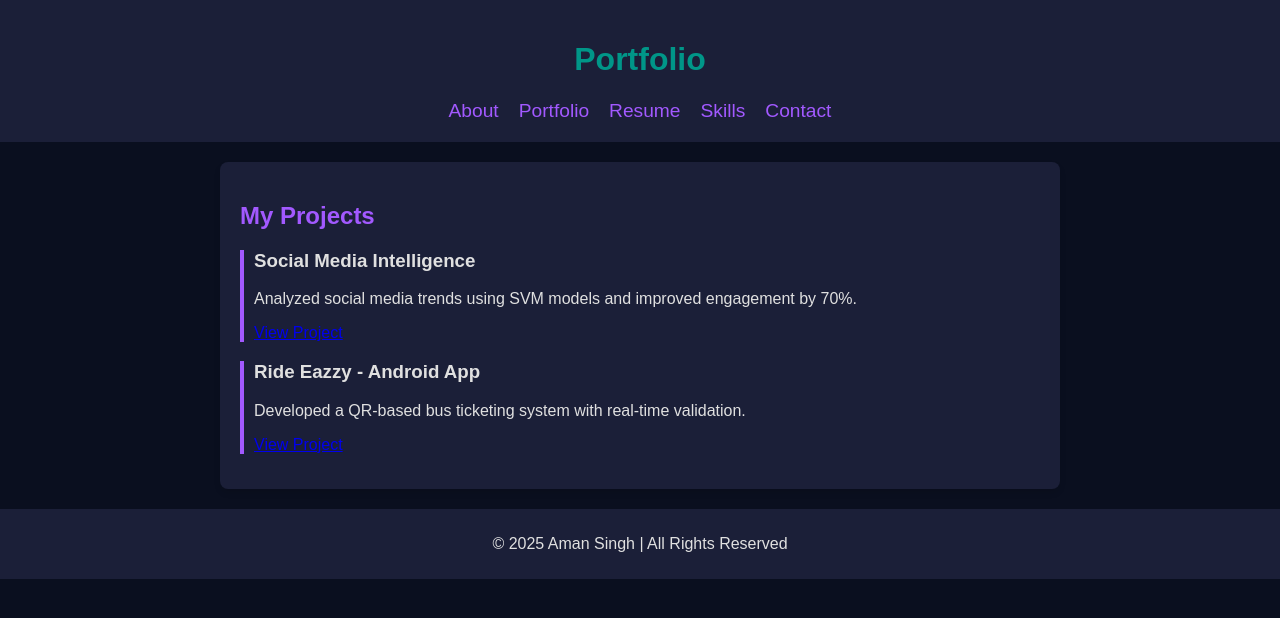
Repository: aman3singh/portfolio
Page: portfolio.html
An editor plug-in stored every save of this project. The page is shown before and after the next save, followed by the edit.
The browser window is 1280 px wide. The pictures show the whole page.

Above is the page before, as saved 2025-02-11 18:30:00.

After the next save:
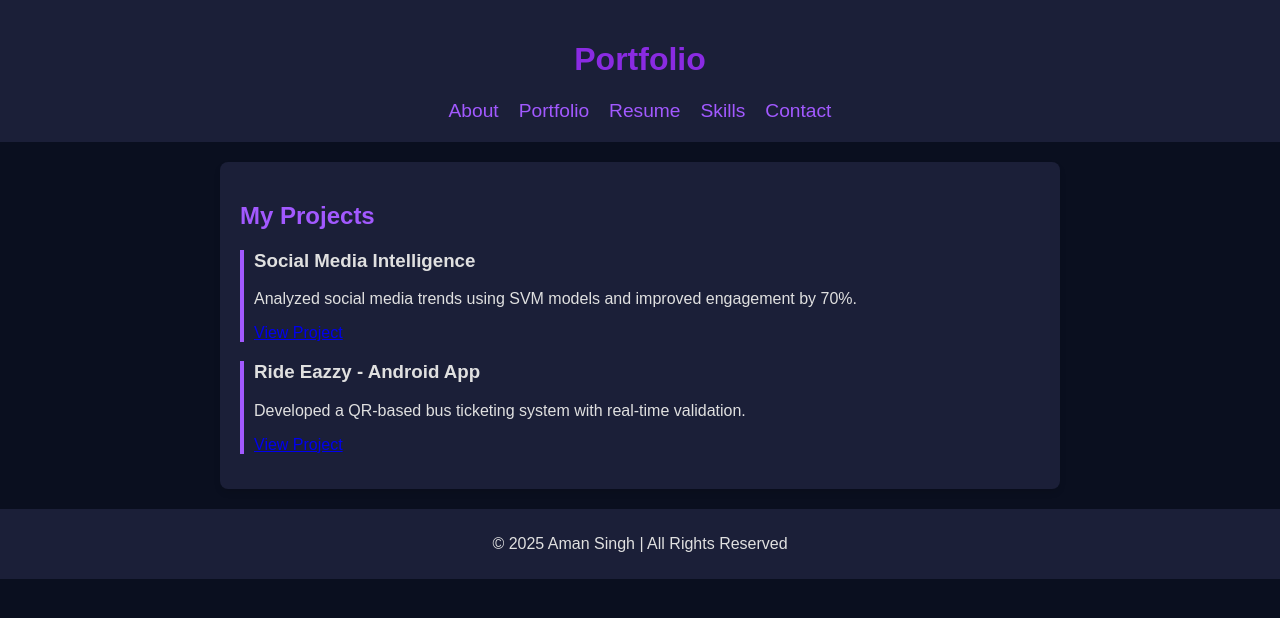
Saved 23 s later.
--- a/styles.css
+++ b/styles.css
@@ -8,7 +8,7 @@ body {
 
 header {
     background-color: #1B1F38;
-    color: 	#009688;
+    color: 	#8A2BE2;
     text-align: center;
     padding: 20px;
 }
